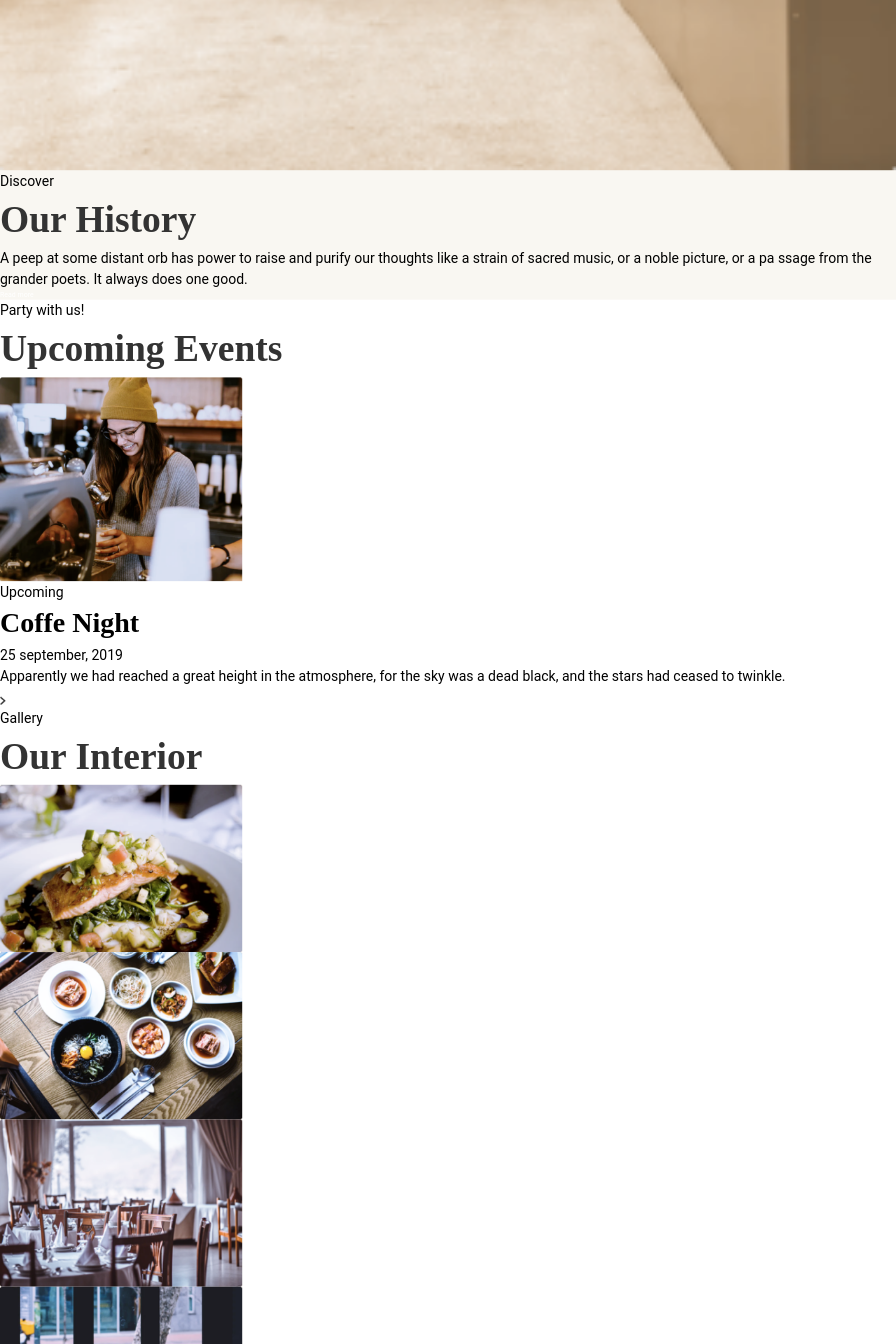
Repository: murilopellis-12/Tailwind-Prova
Page: index.html
The author's editor kept a copy of each file at every save. The page is drawn from the files as they stood at one save, then again after a run of saves.
The browser window is 1280 px wide. The pictures show the part of the page from y = 2033 to 3953 px (the page is 5821 px tall before and 5941 px after), at 70% of full size.

Above is the page before, as saved 2026-10-26 21:22:14.
Not found: style.css

After the next 5 saves:
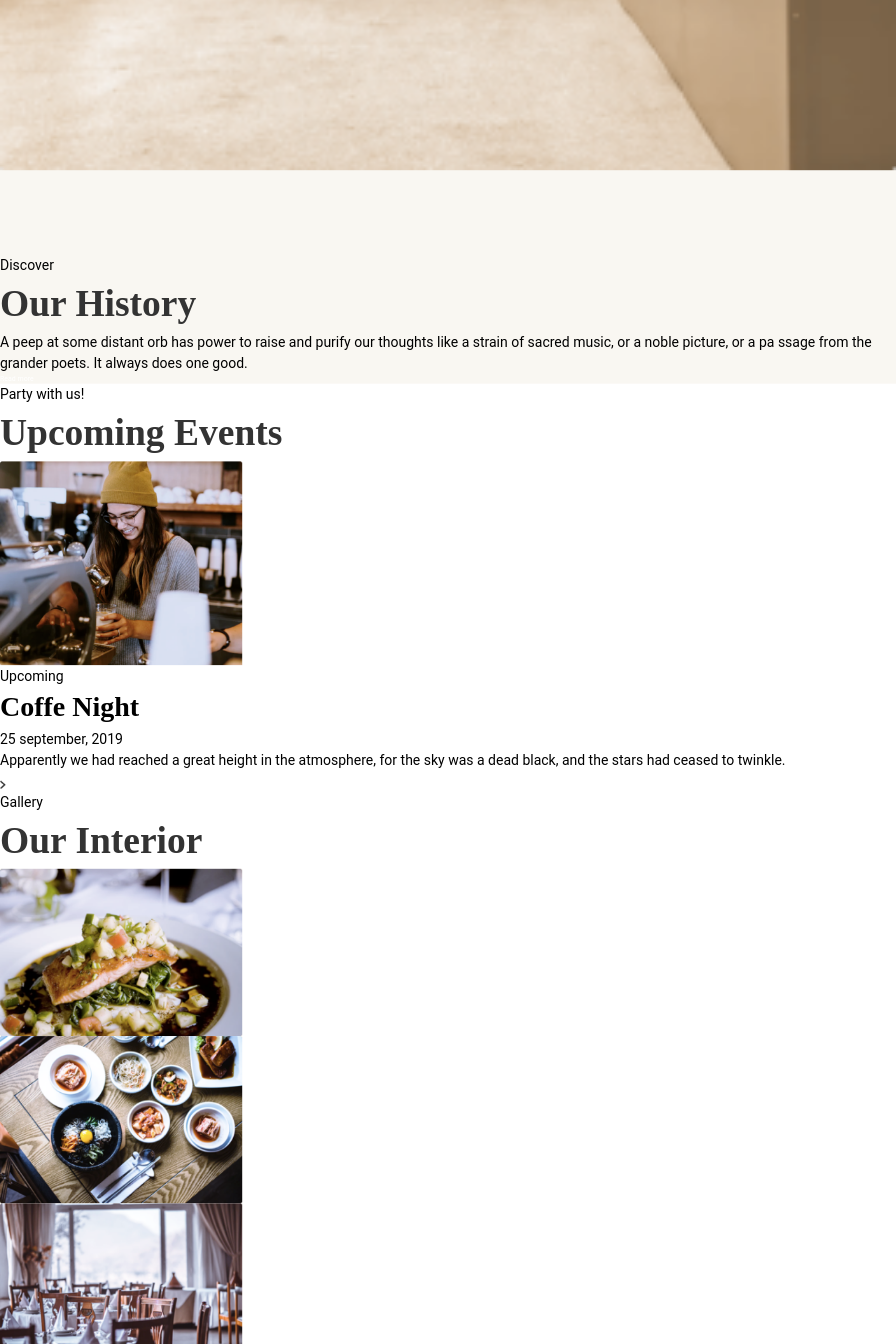
The 5 saves are shown as one change because they came seconds apart.
The last was saved 18 s later.
--- a/index.html
+++ b/index.html
@@ -223,7 +223,7 @@
         class="secao-nossa-historia p-[clamp(8rem,calc(5.183rem+7.512vw),16rem)_var(--espaco-pequeno)] bg-[var(--cor-secundaria)]"
       >
         <div
-          class="conteudo-nossa-historia flex flex-col gap-[clamp( 6.3rem, calc(3.941rem + 6.291vw), 13rem]"
+          class="conteudo-nossa-historia flex flex-col gap-[clamp(6.3rem,calc(3.941rem+6.291vw),13rem)]"
         >
           <div class="div-imagem-nossa-historia">
             <img
